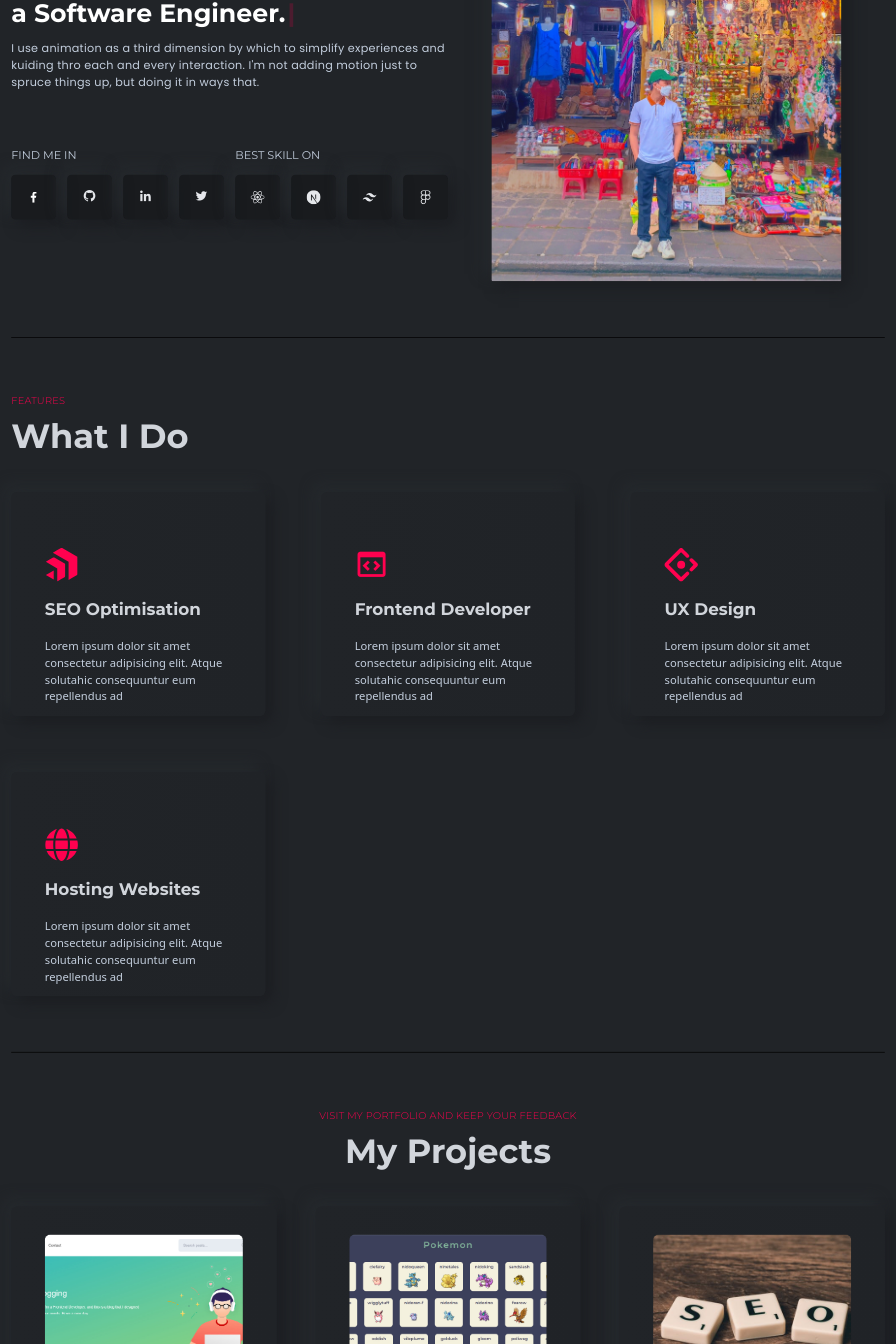
Repository: vophuocthanh/react-profile
Page: /
These files come from the project's save history. The page is drawn as it stood at one moment and after the next save; the edit follows.
The browser window is 1280 px wide. The pictures show the part of the page from y = 414 to 2334 px (the page is 5378 px tall), at 70% of full size.
The project was rebuilt for these pictures with package versions that can differ from the ones it lists, and the page was loaded fresh each time. Also part of the build but not shown: src/components/resume/ResumeCard.js, src/components/resume/Skills.js, src/components/resume/Achievement.js, src/components/resume/Experience.js, src/components/tesimonial/Testimonial.js.

Above is the page before, as saved 2023-05-04 19:55:46.

### public/index.html
<!DOCTYPE html>
<html lang="en">
  <head>
    <meta charset="utf-8" />
    <link
      rel="icon"
      href="https://img.freepik.com/premium-vector/young-smiling-man-adam-avatar-3d-vector-people-character-illustration-cartoon-minimal-style_365941-687.jpg?w=2000"
    />
    <meta name="viewport" content="width=device-width, initial-scale=1" />
    <meta name="theme-color" content="#000000" />
    <meta
      name="description"
      content="Web site created using create-react-app"
    />
    <link
      href="https://unpkg.com/boxicons@2.1.4/css/boxicons.min.css"
      rel="stylesheet"
    />
    <!--
      manifest.json provides metadata used when your web app is installed on a
      user's mobile device or desktop. See https://developers.google.com/web/fundamentals/web-app-manifest/
    -->
    <link rel="manifest" href="%PUBLIC_URL%/manifest.json" />
    <!--
      Notice the use of %PUBLIC_URL% in the tags above.
      It will be replaced with the URL of the `public` folder during the build.
      Only files inside the `public` folder can be referenced from the HTML.

      Unlike "/favicon.ico" or "favicon.ico", "%PUBLIC_URL%/favicon.ico" will
      work correctly both with client-side routing and a non-root public URL.
      Learn how to configure a non-root public URL by running `npm run build`.
    -->
    <title>Vo Phuoc Thanh || Profile</title>
  </head>
  <body>
    <noscript>You need to enable JavaScript to run this app.</noscript>
    <div id="root"></div>
    <!--
      This HTML file is a template.
      If you open it directly in the browser, you will see an empty page.

      You can add webfonts, meta tags, or analytics to this file.
      The build step will place the bundled scripts into the <body> tag.

      To begin the development, run `npm start` or `yarn start`.
      To create a production bundle, use `npm run build` or `yarn build`.
    -->
  </body>
</html>

### src/index.js
import React from "react";
import ReactDOM from "react-dom/client";
import "slick-carousel/slick/slick.css";
import "./index.css";
import App from "./App";
import { BrowserRouter } from "react-router-dom";

const root = ReactDOM.createRoot(document.getElementById("root"));
root.render(
  <React.StrictMode>
    <BrowserRouter>
      <App />
    </BrowserRouter>
  </React.StrictMode>
);

### src/index.css
@import url("https://fonts.googleapis.com/css2?family=Montserrat:wght@100;200;300;400;500;600;700;800;900&family=Poppins:wght@100;200;300;400;500;600;700;800;900&display=swap");
@tailwind base;
@tailwind components;
@tailwind utilities;

@layer components {
  .bannerIcon {
    @apply w-16 h-16 bg-black bg-opacity-25 text-gray-200 text-xl inline-flex items-center justify-center rounded-md shadow-shadowOne hover:bg-opacity-40 hover:-translate-y-1 transition-all hover:text-designColor cursor-pointer duration-300;
  }
  .resumeLi {
    @apply w-full h-20 bg-black bg-opacity-25 text-xl text-gray-300 flex justify-center cursor-pointer hover:bg-opacity-40 duration-300 items-center border-[1px] rounded-none;
  }
  .bgOpacity {
    @apply bg-black bg-opacity-40;
  }
  .contactInput {
    @apply w-full h-12 rounded-lg border-b-[1px] border-b-gray-600 bg-[#191b1e] text-lightText px-4 active:outline-none focus-visible:outline-designColor outline-none focus-visible:border-b-transparent duration-300;
  }
  .contactTextArea {
    @apply w-full rounded-lg border-b-[1px] border-b-gray-600 bg-[#191b1e] text-lightText px-4 py-2 active:outline-none focus-visible:outline-designColor outline-none focus-visible:border-b-transparent duration-300 resize-none;
  }
}

.active {
  color: white;
}
.scrollbar-hide::-webkit-scrollbar {
  display: none;
}

### src/App.js
import React from "react";
import Banner from "./components/banner/Banner";
import Contact from "./components/contact/Contact";
import Features from "./components/features/Features";
import Footer from "./components/footer/Footer";
import FooterBottom from "./components/footer/FooterBottom";
import Navbar from "./components/navbar/Navbar";
import Projects from "./components/projects/Projects";
import Resume from "./components/resume/Resume";
import Testimonial from "./components/tesimonial/Testimonial";

function App() {
  return (
    <div className="w-full h-auto bg-bodyColor text-lightText px-4">
      <Navbar />
      <div className="max-w-screen-xl mx-auto">
        <Banner />
        <Features />
        <Projects />
        <Resume />
        {/* <Testimonial /> */}
        <Contact />
        <Footer />
        <FooterBottom />
      </div>
    </div>
  );
}

export default App;

### src/components/projects/Projects.js
import React from 'react'
import Title from '../layouts/Title'
import { projectOne, projectTwo, projectThree } from "../../assets/index";
import ProjectsCard from './ProjectsCard';

const Projects = () => {
  return (
    <section
      id="projects"
      className="w-full py-20 border-b-[1px] border-b-black"
    >
      <div className="flex justify-center items-center text-center">
        <Title
          title="VISIT MY PORTFOLIO AND KEEP YOUR FEEDBACK"
          des="My Projects"
        />
      </div>
      <div className="grid grid-cols-1 md:grid-cols-2 xl:grid-cols-3 gap-6 xl:gap-14">
        <ProjectsCard
          title="SOCIAL MEDIA CLONE"
          des=" Lorem, ipsum dolor sit amet consectetur adipisicing elit.
              Explicabo quibusdam voluptate sapiente voluptatibus harum quidem!"
          src={projectOne}
        />
        <ProjectsCard
          title="E-commerce Website"
          des=" Lorem, ipsum dolor sit amet consectetur adipisicing elit.
              Explicabo quibusdam voluptate sapiente voluptatibus harum quidem!"
          src={projectTwo}
        />
        <ProjectsCard
          title="Chatting App"
          des=" Lorem, ipsum dolor sit amet consectetur adipisicing elit.
              Explicabo quibusdam voluptate sapiente voluptatibus harum quidem!"
          src={projectThree}
        />
        <ProjectsCard
          title="SOCIAL MEDIA CLONE"
          des=" Lorem, ipsum dolor sit amet consectetur adipisicing elit.
              Explicabo quibusdam voluptate sapiente voluptatibus harum quidem!"
          src={projectThree}
        />
        <ProjectsCard
          title="E-commerce Website"
          des=" Lorem, ipsum dolor sit amet consectetur adipisicing elit.
              Explicabo quibusdam voluptate sapiente voluptatibus harum quidem!"
          src={projectOne}
        />
        <ProjectsCard
          title="Chatting App"
          des=" Lorem, ipsum dolor sit amet consectetur adipisicing elit.
              Explicabo quibusdam voluptate sapiente voluptatibus harum quidem!"
          src={projectTwo}
        />
      </div>
    </section>
  );
}

export default Projects

### src/components/banner/LeftBanner.js
import React from "react";
import { useTypewriter, Cursor } from "react-simple-typewriter";
import Media from "./Media";

const LeftBanner = () => {
  const [text] = useTypewriter({
    words: ["Software Engineer.", "Frontend Developer."],
    loop: true,
    typeSpeed: 20,
    deleteSpeed: 10,
    delaySpeed: 2000,
  });
  return (
    <div className="w-full lgl:w-1/2 flex flex-col gap-20">
      <div className="flex flex-col gap-5">
        <h4 className=" text-lg font-normal">WELCOME TO MY WORLD</h4>
        <h1 className="text-6xl font-bold text-white">
          Hi, I'm{" "}
          <span className="text-designColor capitalize">Võ Phước Thạnh</span>
        </h1>
        <h2 className="text-4xl font-bold text-white">
          a <span>{text}</span>
          <Cursor
            cursorBlinking="false"
            cursorStyle="|"
            cursorColor="#ff014f"
          />
        </h2>
        <p className="text-base font-bodyFont leading-6 tracking-wide">
          I use animation as a third dimension by which to simplify experiences
          and kuiding thro each and every interaction. I'm not adding motion
          just to spruce things up, but doing it in ways that.
        </p>
      </div>
      {/* Media */}
      <Media />
    </div>
  );
};

export default LeftBanner;

### src/components/banner/RightBanner.js
import React from "react";
import { avatar } from "../../assets";
// import { bannerImg } from "../../assets/index";

const RightBanner = () => {
  return (
    <div className="w-full lgl:w-1/2 flex justify-center items-center relative">
      <img
        className="w-[300px] h-[400px] lgl:w-[500px] lgl:h-[680px] z-10 rounded-sm object-cover"
        src={avatar}
        alt="bannerImg"
      />
      <div className="absolute bottom-0 w-[350px] h-[300px] lgl:w-[500px] lgl:h-[500px] bg-gradient-to-r from-[#1e2024] to-[#202327] shadow-shadowOne flex justify-center items-center"></div>
    </div>
  );
};

export default RightBanner;

### src/components/contact/ContactLeft.js
import React from 'react'
import { FaFacebookF, FaTwitter, FaLinkedinIn } from "react-icons/fa";
import { contactImg } from "../../assets/index";

const ContactLeft = () => {
  return (
    <div className="w-full lgl:w-[35%] h-full bg-gradient-to-r from-[#1e2024] to-[#23272b] p-4 lgl:p-8 rounded-lg shadow-shadowOne flex flex-col gap-8 justify-center">
      <img
        className="w-full h-64 object-cover rounded-lg mb-2"
        src={contactImg}
        alt="contactImg"
      />
      <div className="flex flex-col gap-4">
        <h3 className="text-3xl font-bold text-white">John Doe</h3>
        <p className="text-lg font-normal text-gray-400">
          MERN Stack Developer
        </p>
        <p className="text-base text-gray-400 tracking-wide">
          Lorem ipsum, dolor sit amet consectetur adipisicing elit. Facilis
          ipsam autem cumque, accusantium dicta odio.
        </p>
        <p className="text-base text-gray-400 flex items-center gap-2">
          Phone: <span className="text-lightText">+968 97859628</span>
        </p>
        <p className="text-base text-gray-400 flex items-center gap-2">
          Email: <span className="text-lightText">noor.jsdivs@gmail.com</span>
        </p>
      </div>
      <div className="flex flex-col gap-4">
        <h2 className="text-base uppercase font-titleFont mb-4">Find me in</h2>
        <div className="flex gap-4">
          <span className="bannerIcon">
            <FaFacebookF />
          </span>
          <span className="bannerIcon">
            <FaTwitter />
          </span>
          <span className="bannerIcon">
            <FaLinkedinIn />
          </span>
        </div>
      </div>
    </div>
  );
}

export default ContactLeft

### src/components/features/Card.js
import React from 'react'
import { HiArrowRight } from "react-icons/hi";

const Card = ({item:{title,des,icon}}) => {
  return (
    <div className="w-full px-12 h-80 py-10 rounded-lg shadow-shadowOne flex items-center bg-gradient-to-r from-bodyColor to-[#202327] group hover:bg-gradient-to-b hover:from-black hover:to-[#1e2024] transition-colors duration-100 group">
      <div className="h-72 overflow-y-hidden">
        <div className="flex h-full flex-col gap-10 translate-y-16 group-hover:translate-y-0 transition-transform duration-500">
          <div className="w-10 h-8 flex flex-col justify-between">

            {icon ? (
              <span className="text-5xl text-designColor">{icon}</span>
            ) : (
              <>
                <span className="w-full h-[2px] rounded-lg bg-designColor inline-flex"></span>
                <span className="w-full h-[2px] rounded-lg bg-designColor inline-flex"></span>
                <span className="w-full h-[2px] rounded-lg bg-designColor inline-flex"></span>
                <span className="w-full h-[2px] rounded-lg bg-designColor inline-flex"></span>
              </>
            )}
          </div>
          <div className="flex flex-col gap-6">
            <h2 className="text-xl md:text-2xl font-titleFont font-bold text-gray-300">
              {title}
            </h2>
            <p className="base">{des}</p>
            <span className="text-2xl text-designColor">
              <HiArrowRight />
            </span>
          </div>
        </div>
      </div>
    </div>
  );
}

export default Card

### src/data/data.js
import { AiFillAppstore } from "react-icons/ai";
import { FaMobile, FaGlobe } from "react-icons/fa";
import { SiProgress, SiAntdesign } from "react-icons/si";

// Features Data
export const featuresData = [
  // {
  //   id: 1,
  //   title: "Business Stratagy",
  //   des: "Lorem ipsum dolor sit amet consectetur adipisicing elit. Atque solutahic consequuntur eum repellendus ad",
  // },
  // {
  //   id: 2,
  //   icon: <AiFillAppstore />,
  //   title: "App Development",
  //   des: "Lorem ipsum dolor sit amet consectetur adipisicing elit. Atque solutahic consequuntur eum repellendus ad",
  // },
  {
    id: 3,
    icon: <SiProgress />,
    title: "SEO Optimisation",
    des: "Lorem ipsum dolor sit amet consectetur adipisicing elit. Atque solutahic consequuntur eum repellendus ad",
  },
  {
    id: 4,
    icon: <i class="bx bx-code-block"></i>,
    title: "Frontend Developer",
    des: "Lorem ipsum dolor sit amet consectetur adipisicing elit. Atque solutahic consequuntur eum repellendus ad",
  },
  {
    id: 5,
    icon: <SiAntdesign />,
    title: "UX Design",
    des: "Lorem ipsum dolor sit amet consectetur adipisicing elit. Atque solutahic consequuntur eum repellendus ad",
  },
  {
    id: 6,
    icon: <FaGlobe />,
    title: "Hosting Websites",
    des: "Lorem ipsum dolor sit amet consectetur adipisicing elit. Atque solutahic consequuntur eum repellendus ad",
  },
];

### src/assets/index.js
import logo from "./images/logo.png";
import logo1 from "./images/logo1.png";
import bannerImg from "./images/bannerImg.png";
import avatar from "./images/avatar.jpg";
import avatar1 from "./images/avatar1.jpg";
import projectOne from "./images/projects/projectOne.jpg";
import projectTwo from "./images/projects/projectTwo.jpg";
import projectThree from "./images/projects/projectThree.jpeg";
import testimonialOne from "./images/testmonial/testimonialOne.png";
import testimonialTwo from "./images/testmonial/testimonialTwo.png";
import quote from "./images/testmonial/quote.png";
import contactImg from "./images/contact/contactImg.png";

export {
  logo,
  logo1,
  avatar,
  avatar1,
  bannerImg,
  projectOne,
  projectTwo,
  projectThree,
  testimonialOne,
  testimonialTwo,
  quote,
  contactImg,
};

### src/constants/index.js
export const navLinksdata = [
  {
    _id: 1001,
    title: "Home",
    link: "home",
  },
  {
    _id: 1002,
    title: "Features",
    link: "features",
  },
  {
    _id: 1003,
    title: "Projects",
    link: "projects",
  },
  {
    _id: 1004,
    title: "Resume",
    link: "resume",
  },
  // {
  //   _id: 1005,
  //   title: "Testimonial",
  //   link: "testimonial",
  // },
  {
    _id: 1006,
    title: "Contact",
    link: "contact",
  },
];

### src/components/projects/ProjectsCard.js
import React from "react";
import { BsGithub } from "react-icons/bs";
import { FaGlobe } from "react-icons/fa";

const ProjectsCard = ({ title, des, src }) => {
  return (
    <div className="w-full p-4 xl:px-12 h-auto xl:py-10 rounded-lg shadow-shadowOne flex flex-col bg-gradient-to-r from-bodyColor to-[#202327] group hover:bg-gradient-to-b hover:from-gray-900 hover:gray-900 transition-colors duration-1000">
      <div className="w-full h-[80%] overflow-hidden rounded-lg">
        <img
          className="w-full h-60 object-cover group-hover:scale-110 duration-300 cursor-pointer"
          src={src}
          alt="src"
        />
      </div>
      <div className="w-full mt-5 flex flex-col  gap-6">
        <div>
          <div className="flex items-center justify-between">
            <h3 className="text-base uppercase text-designColor font-normal">
              {title}
            </h3>
            <div className="flex gap-2">
              <span className="text-lg w-10 h-10 rounded-full bg-black inline-flex justify-center items-center text-gray-400 hover:text-designColor duration-300 cursor-pointer">
                <a href="https://www.facebook.com/thanh.vophuoc.50">
                  <i class="bx bxl-github"></i>
                </a>
              </span>
              <span className="text-lg w-10 h-10 rounded-full bg-black inline-flex justify-center items-center text-gray-400 hover:text-designColor duration-300 cursor-pointer">
                <a href="https://www.facebook.com/thanh.vophuoc.50">
                  <i class="bx bx-globe"></i>
                </a>
              </span>
            </div>
          </div>
          <p className="text-sm tracking-wide mt-3 hover:text-gray-100 duration-300">
            {des}
          </p>
        </div>
      </div>
    </div>
  );
};

export default ProjectsCard;

### src/components/resume/Education.js
import React from "react";
import { motion } from "framer-motion";
import ResumeCard from "./ResumeCard";

const Education = () => {
  return (
    <motion.div
      initial={{ opacity: 0 }}
      animate={{ opacity: 1, transition: { duration: 0.5 } }}
      className="w-full flex flex-col lgl:flex-row gap-10 lgl:gap-20"
    >
      {/* part one */}
      <div>
        <div className="py-6 lgl:py-12 font-titleFont flex flex-col gap-4">
          <p className="text-sm text-designColor tracking-[4px]">2021 - Now</p>
          <h2 className="text-3xl md:text-4xl font-bold">Duy Tan University</h2>
        </div>
        {/* <div className="mt-6 lgl:mt-14 w-full h-[1000px] border-l-[6px] border-l-black border-opacity-30 flex flex-col gap-10">
          <ResumeCard
            title="BSc in Computer Science"
            subTitle="University of DVI (2006 - 2010)"
            result="3.90/4"
            des="The training provided by universities in order to prepare people to work in various sectors of the economy or areas of culture."
          />
          <ResumeCard
            title="AS - Science & Information"
            subTitle="SuperKing College (2001 - 2005)"
            result="4.75/5"
            des="Higher education is tertiary education leading to award of an academic degree. Higher education, also called post-secondary education."
          />
          <ResumeCard
            title="Secondary School Education"
            subTitle="Kingstar Secondary School (1998 - 2000)"
            result="5.00/5"
            des="Secondary education or post-primary education covers two phases on the International Standard Classification of Education scale."
          />
        </div> */}
      </div>
    </motion.div>
  );
};

export default Education;

### src/components/banner/Media.jsx
import React from "react";
import { FaFacebookF, FaTwitter, FaLinkedinIn, FaReact } from "react-icons/fa";
import { SiTailwindcss, SiFigma, SiNextdotjs } from "react-icons/si";
import navIcon1 from "../../assets/images/nav-icon2.svg";
const Media = () => {
  return (
    <div className="flex flex-col xl:flex-row gap-6 lgl:gap-0 justify-between">
      <div>
        <h2 className="text-base uppercase font-titleFont mb-4">Find me in</h2>
        <div className="flex gap-4">
          <span className="bannerIcon">
            <a href="https://www.facebook.com/thanh.vophuoc.50">
              <img src={navIcon1} alt="" />
            </a>
          </span>
          <span className="bannerIcon">
            <a href="https://github.com/vophuocthanh">
              <i class="bx bxl-github"></i>
            </a>
          </span>
          <span className="bannerIcon">
            <a href="https://www.linkedin.com/in/v%C3%B5-ph%C6%B0%E1%BB%9Bc-th%E1%BA%A1nh-747813233/">
              <i class="bx bxl-linkedin"></i>
            </a>
          </span>
          <span className="bannerIcon">
            <a href="https://twitter.com/ThanhVP03">
              <i class="bx bxl-twitter"></i>
            </a>
          </span>
        </div>
      </div>
      <div>
        <h2 className="text-base uppercase font-titleFont mb-4">
          BEST SKILL ON
        </h2>
        <div className="flex gap-4">
          <span className="bannerIcon">
            <FaReact />
          </span>
          <span className="bannerIcon">
            <SiNextdotjs />
          </span>
          <span className="bannerIcon">
            <SiTailwindcss />
          </span>
          <span className="bannerIcon">
            <SiFigma />
          </span>
        </div>
      </div>
    </div>
  );
};

export default Media;

Loaded but not shown: src/components/banner/Banner.js (common file); src/components/features/Features.js (common file); src/components/footer/FooterBottom.js (common file); src/components/layouts/Title.js (common file); tailwind.config.js (common file); src/components/footer/Footer.js (137 lines, source omitted); src/components/contact/Contact.js (169 lines, source omitted); src/components/navbar/Navbar.js (107 lines, source omitted); src/components/resume/Resume.js (88 lines, source omitted)

After the next save:
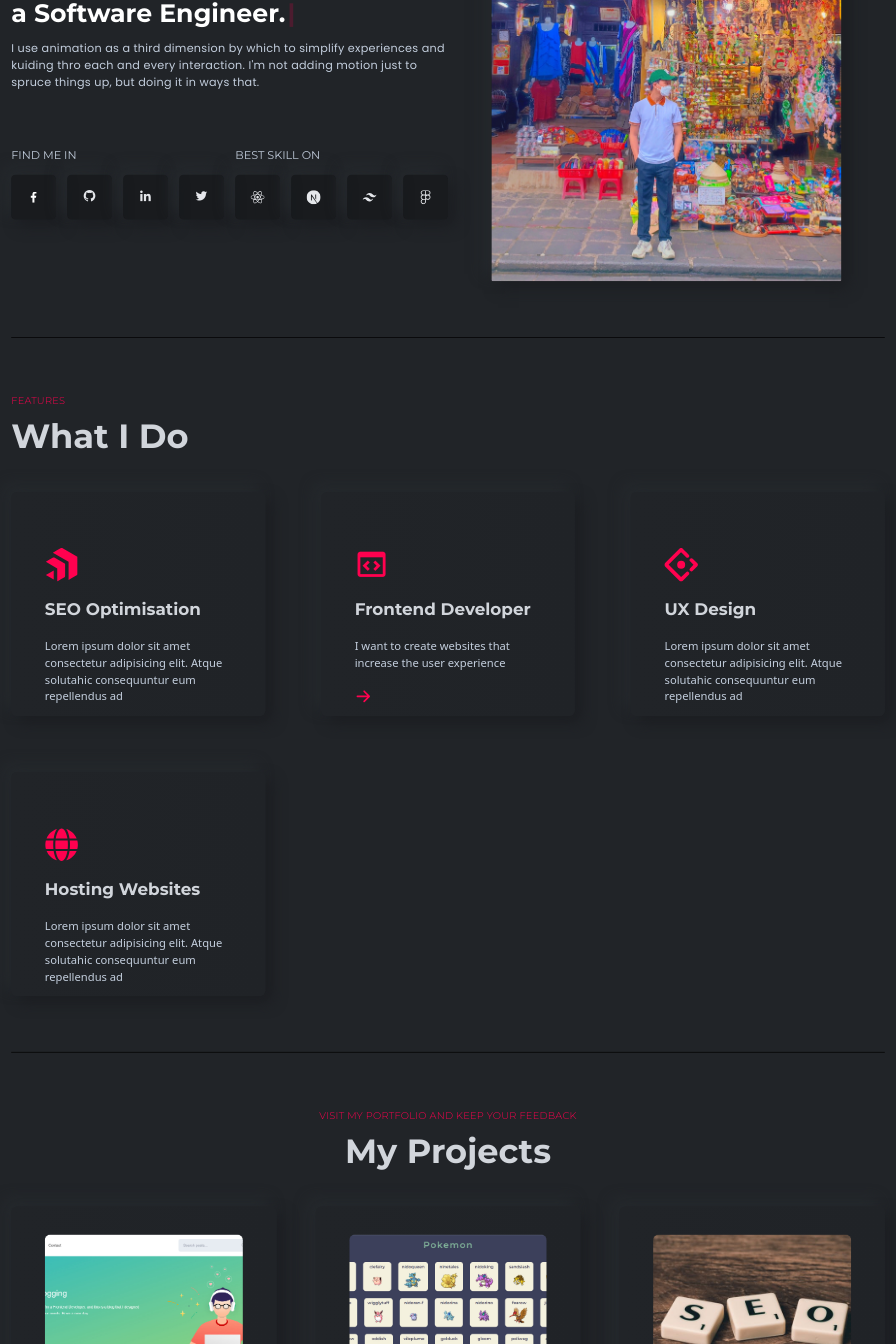
Saved 49 s later.
--- a/src/data/data.js
+++ b/src/data/data.js
@@ -25,7 +25,7 @@
     id: 4,
     icon: <i class="bx bx-code-block"></i>,
     title: "Frontend Developer",
-    des: "Lorem ipsum dolor sit amet consectetur adipisicing elit. Atque solutahic consequuntur eum repellendus ad",
+    des: "I want to create websites that increase the user experience",
   },
   {
     id: 5,
